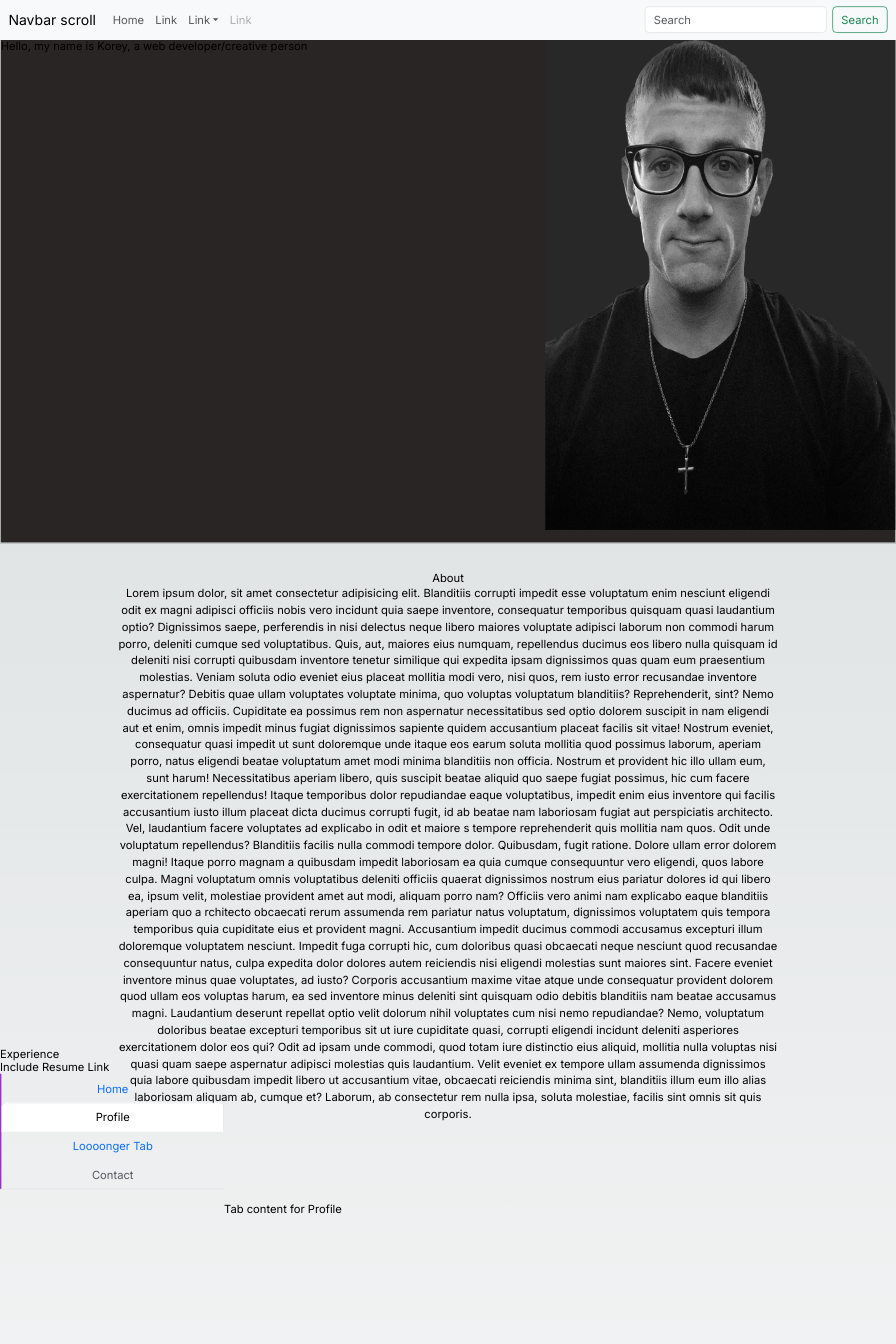
Repository: devkthines/next-portfolio-v2
Page: /
These files come from the project's save history. The page is drawn as it stood at one moment and after the next save; the edit follows.
The browser window is 1280 px wide. The pictures show the part of the page from y = 0 to 1920 px (the page is 2936 px tall), at 70% of full size.
The project was rebuilt for these pictures with package versions that can differ from the ones it lists, and the page was loaded fresh each time. The framework's server and built-in components were replaced by stand-ins that run in the browser. Also part of the build but not shown: next.config.js.

Above is the page before, as saved 2023-09-10 22:10:40.

After the next save:
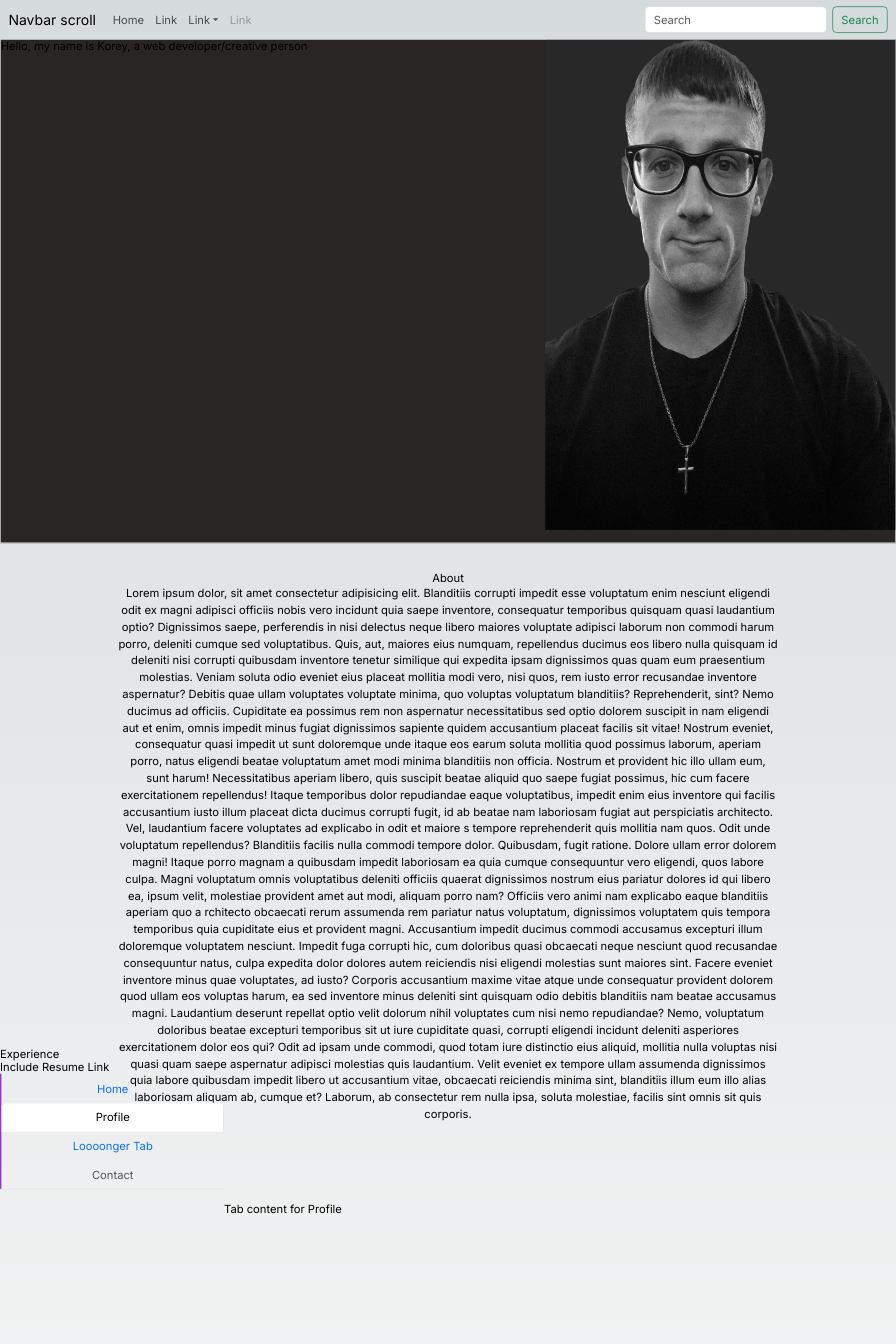
Saved 2 min 19 s later.
--- a/src/app/page.tsx
+++ b/src/app/page.tsx
@@ -22,7 +22,7 @@ export default function Home() {
   });
   return (
     <main >
-    <Navbar className={`${inView? 'color-change':''} flex flex-col `} sticky='top' expand="lg" className="bg-body-tertiary">
+    <Navbar className={`${inView? 'color-change':'bg-body-tertiary'} flex flex-col `} sticky='top' expand="lg" className="">
     <Container fluid>
       <Navbar.Brand href="#">Navbar scroll</Navbar.Brand>
       <Navbar.Toggle aria-controls="navbarScroll" />
